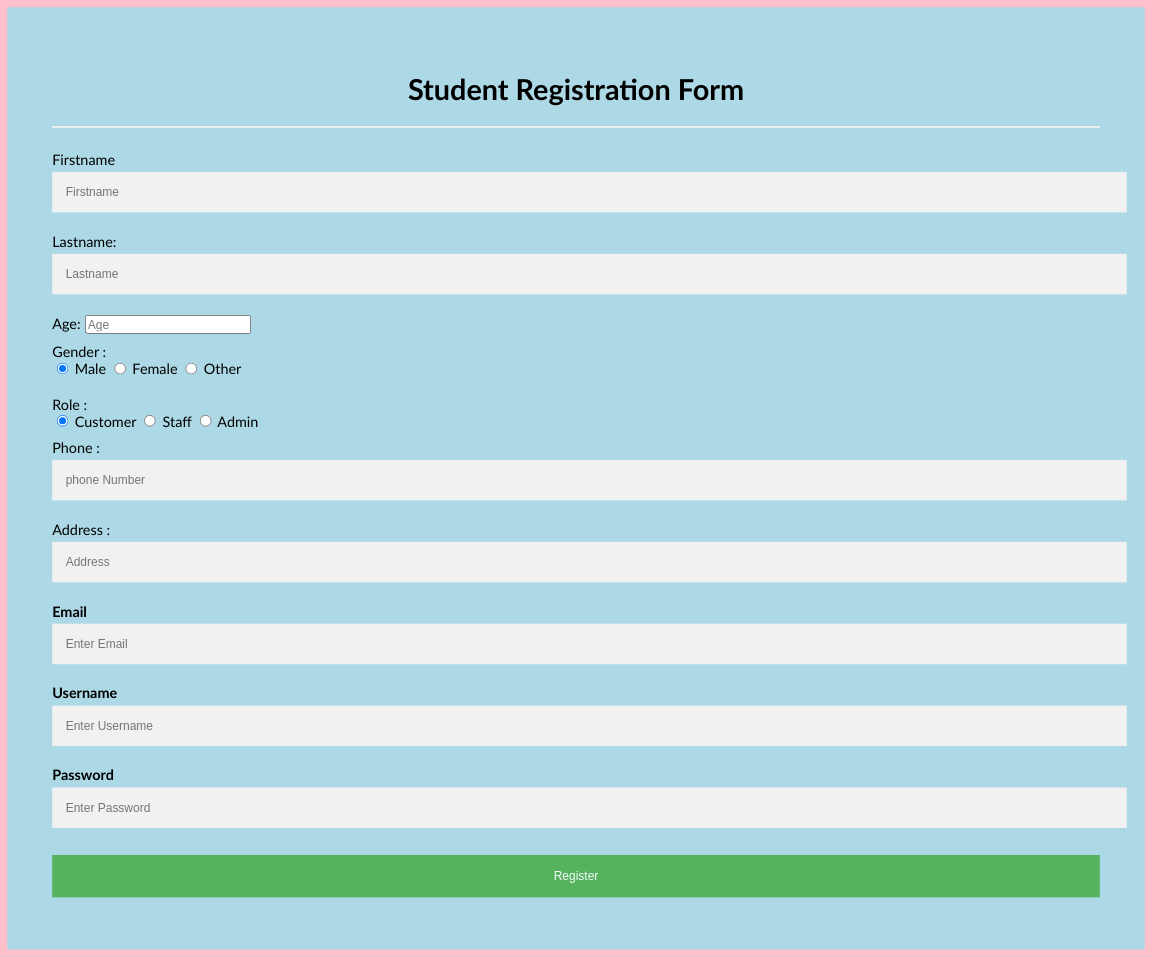
Repository: shivambhat45/Tour-Booking
Page: http://localhost/booking
The author's editor kept a copy of each file at every save. The page is drawn from the files as they stood at one save, then again after the next save.
The browser window is 1280 px wide. The pictures show the whole page, at 90% of full size.
The page is this project's Thymeleaf template; nobody is signed in. The template is opened directly, without the code that normally fills it, so the values that code supplies are empty.

Above is the page before, as saved 2022-10-29 07:43:15.

### frontend-ui/src/main/resources/templates/booking.html
<!DOCTYPE html>
<html>
<head>
<meta name="viewport" content="width=device-width, initial-scale=1">
<style>
body{
  font-family: Calibri, Helvetica, sans-serif;
  background-color: pink;
}
.container {
    padding: 50px;
  background-color: lightblue;
}

input[type=text], input[type=password], textarea {
  width: 100%;
  padding: 15px;
  margin: 5px 0 22px 0;
  display: inline-block;
  border: none;
  background: #f1f1f1;
}
input[type=text]:focus, input[type=password]:focus {
  background-color: orange;
  outline: none;
}
 div {
            padding: 10px 0;
         }
hr {
  border: 1px solid #f1f1f1;
  margin-bottom: 25px;
}
.registerbtn {
  background-color: #4CAF50;
  color: white;
  padding: 16px 20px;
  margin: 8px 0;
  border: none;
  cursor: pointer;
  width: 100%;
  opacity: 0.9;
}
.registerbtn:hover {
  opacity: 1;
}
</style>
</head>
<body>
<form action="register" method="POST">
  <div class="container">
  <center>  <h1> Student Registration Form</h1> </center>
  <hr>
  <label>Firstname </label>
<input type="text" name="firstName" placeholder= "Firstname" size="15" required />
<label> Lastname: </label>
<input type="text" name="lastName" placeholder="Lastname" size="15"required />
<label> Age: </label>
<input type="number" name="age" placeholder="Age" size="15"required />
<div>
<label>
Gender :
</label><br>
<input type="radio" value="Male" name="gender" checked > Male
<input type="radio" value="Female" name="gender"> Female
<input type="radio" value="Other" name="gender"> Other

</div>
<div>
<label>
Role :
</label><br>
<input type="radio" value="CUSTOMER" name="role" checked > Customer
<input type="radio" value="STAFF" name="role"> Staff
<input type="radio" value="ADMIN" name="role"> Admin

</div>
<label>
Phone :
</label>
<input type="text" name="phoneNo" placeholder="phone Number" size="10"/ required>
Address :
<input type="text" name="address" placeholder="Address" size="20"/ required>
</textarea>
 <label for="email"><b>Email</b></label>
 <input type="text" placeholder="Enter Email" name="email" required>
 <label for="username"><b>Username</b></label>
 <input type="text" placeholder="Enter Username" name="username" required>

    <label for="psw"><b>Password</b></label>
    <input type="password" placeholder="Enter Password" name="password" required>
    <button type="submit" class="registerbtn">Register</button>
</form>
</body>
</html>

After the next save:
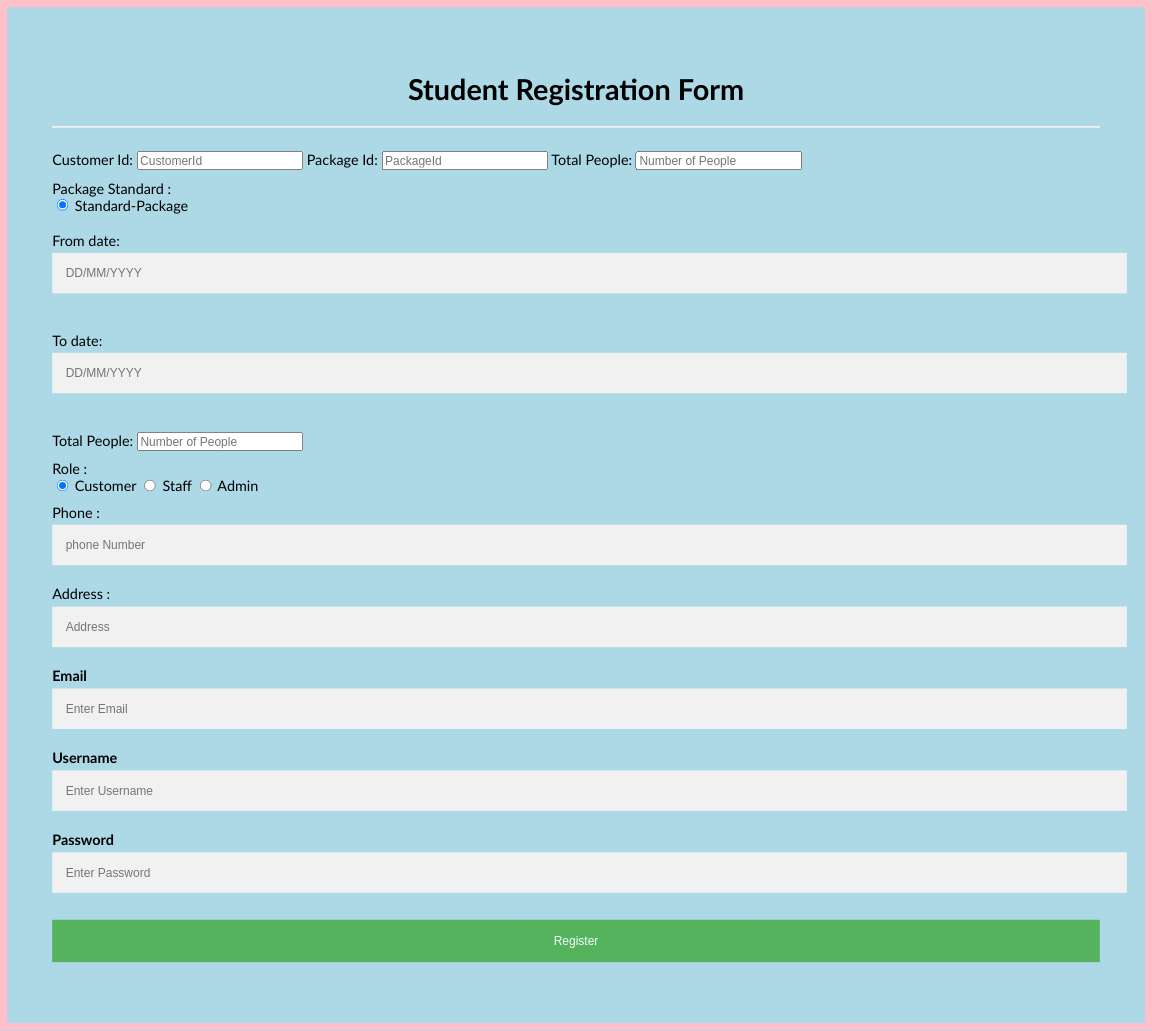
Saved 34 min 14 s later.
--- a/frontend-ui/src/main/resources/templates/booking.html
+++ b/frontend-ui/src/main/resources/templates/booking.html
@@ -51,22 +51,31 @@ hr {
   <div class="container">
   <center>  <h1> Student Registration Form</h1> </center>
   <hr>
-  <label>Firstname </label>
-<input type="text" name="firstName" placeholder= "Firstname" size="15" required />
-<label> Lastname: </label>
-<input type="text" name="lastName" placeholder="Lastname" size="15"required />
-<label> Age: </label>
-<input type="number" name="age" placeholder="Age" size="15"required />
+  <label>Customer Id: </label>
+<input type="number" name="customerId" placeholder= "CustomerId" size="15" required />
+<label> Package Id: </label>
+<input type="number" name="packageId" placeholder="PackageId" size="15"required />
+<label> Total People: </label>
+<input type="number" name="totalPeople" placeholder="Number of People" size="15"required />
 <div>
 <label>
-Gender :
+Package Standard :
 </label><br>
-<input type="radio" value="Male" name="gender" checked > Male
-<input type="radio" value="Female" name="gender"> Female
-<input type="radio" value="Other" name="gender"> Other
-
+<input type="radio" value="Standard-Package" name="packageStandard" checked> Standard-Package
 </div>
 <div>
+<label> From date: </label>
+<input type="text" name="fromDate" placeholder="DD/MM/YYYY" size="15"required />
+</div>
+<div>
+<label> To date: </label>
+<input type="text" name="fromDate" placeholder="DD/MM/YYYY" size="15"required />
+</div>
+<div>
+<label> Total People: </label>
+<input type="number" name="totalPeople" placeholder="Number of People" size="15"required />
+<div>
+
 <label>
 Role :
 </label><br>
